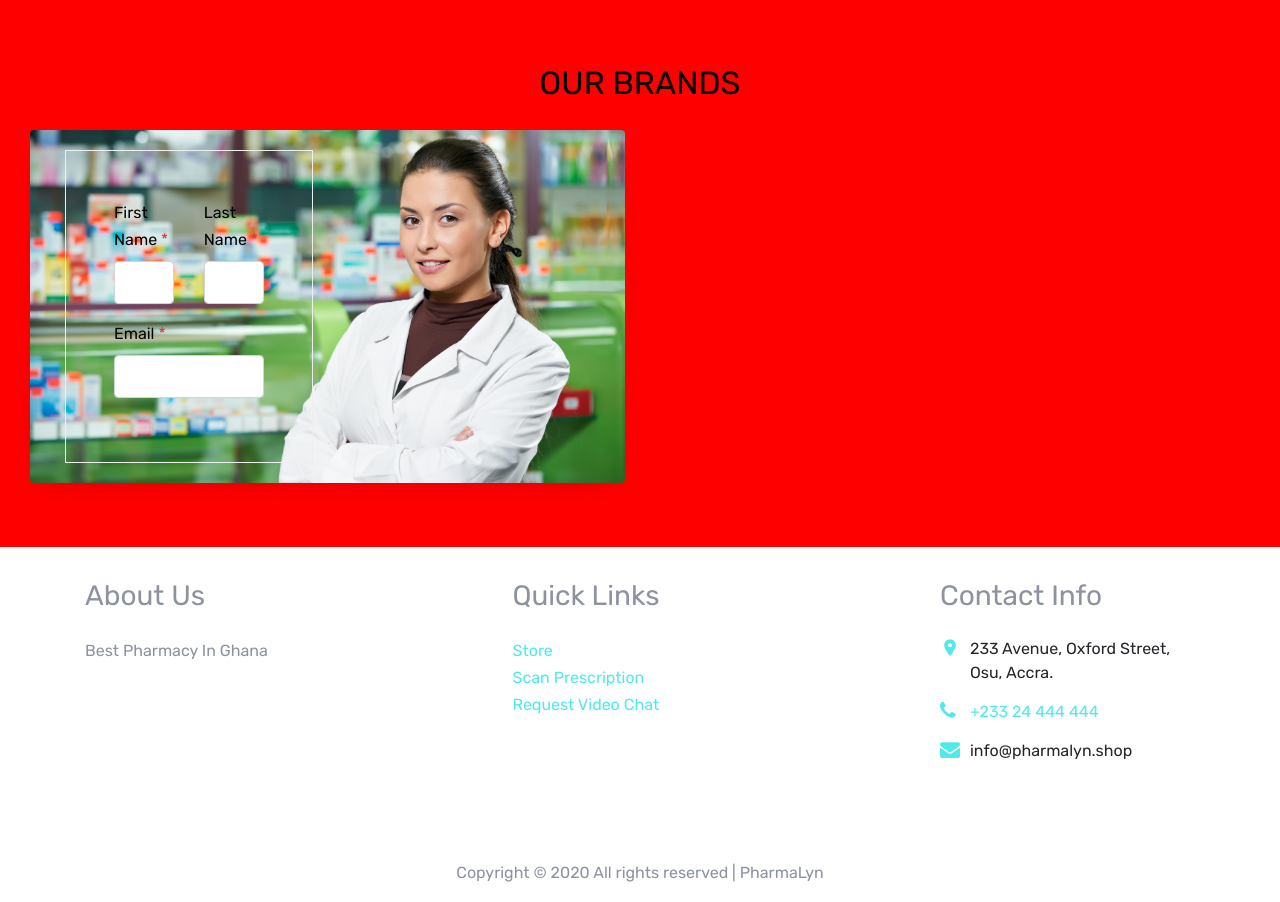
Repository: Nat-A/finalyearproject
Page: pharma/index - Copy.html
An editor plug-in stored every save of this project. The page is shown before and after the next save, followed by the edit.
The browser window is 1280 px wide. The pictures show the part of the page from y = 802 to 1704 px (the page is 1704 px tall).

Above is the page before, as saved 2020-06-03 12:48:17.

### pharma/index - Copy.html
<!DOCTYPE html>
<html lang="en">

<head>
    <title>PharmaLyn &mdash; HomePage</title>
    <meta charset="utf-8">
    <meta name="viewport" content="width=device-width, initial-scale=1, shrink-to-fit=no">

    <link href="https://fonts.googleapis.com/css?family=Rubik:400,700|Crimson+Text:400,400i" rel="stylesheet">
    <link rel="stylesheet" href="fonts/icomoon/style.css">

    <link rel="stylesheet" href="css/bootstrap.min.css">
    <link rel="stylesheet" href="css/magnific-popup.css">
    <link rel="stylesheet" href="css/jquery-ui.css">
    <link rel="stylesheet" href="css/owl.carousel.min.css">
    <link rel="stylesheet" href="css/owl.theme.default.min.css">


    <link rel="stylesheet" href="css/aos.css">

    <link rel="stylesheet" href="css/style.css">

</head>

<body>

    <div class="site-wrap">

        <!-- navbar  -->
        <div class="site-navbar py-2">

            <div class="search-wrap">
                <div class="container">
                    <a href="#" class="search-close js-search-close"><span class="icon-close2"></span></a>
                    <!-- search feature -->
                    <form action="#" method="post">
                        <input type="text" class="form-control" placeholder="Search drug...">
                    </form>
                </div>
            </div>

            <div class="container">
                <div class="d-flex align-items-center justify-content-between">
                    <div class="logo">
                        <div class="site-logo">
                            <a href="index.html" class="js-logo-clone">PharmaLyn</a>
                        </div>
                    </div>
                    <div class="main-nav d-none d-lg-block">
                        <nav class="site-navigation text-right text-md-center" role="navigation">
                            <ul class="site-menu js-clone-nav d-none d-lg-block">
                                <li class="active"><a href="index.html">Home</a></li>

                                <li class="has-children">
                                    <a href="#">Services</a>
                                    <ul class="dropdown">
                                        <li><a href="shop.html">Store</a></li>
                                        <li><a href="#">Scan Prescription</a></li>
                                        <li><a href="#">Request Video Chat</a></li>
                                    </ul>
                                </li>
                                <li><a href="contact.html">Contact</a></li>
                                <li><a href="about.html">About</a></li>
                                <li><a href="#">Log In / Sign Up  </a></li>
                                <!-- insert modal here -->
                            </ul>
                        </nav>
                    </div>
                    <div class="icons">
                        <a href="#" class="icons-btn d-inline-block js-search-open"><span class="icon-search"></span></a>
                        <a href="cart.html" class="icons-btn d-inline-block bag">
                            <span class="icon-shopping-bag"></span>
                            <!-- subject to the items in the cart -->
                            <span class="number">2</span>
                        </a>
                        <a href="#" class="site-menu-toggle js-menu-toggle ml-3 d-inline-block d-lg-none"><span
                class="icon-menu"></span></a>
                    </div>
                </div>
            </div>
        </div>
        <!-- end of navbar -->


        <!-- site banner -->
        <div class="site-blocks-cover" style="background-image: url('images/pills.jpg');">
            <div class="container">
                <div class="row">
                    <div class="col-lg-7 mx-auto order-lg-2 align-self-center">
                        <div class="site-block-cover-content text-center">
                            <h2 class="sub-title">PharmaLyn, We Care For You</h2>
                            <h1>Welcome To PharmaLyn</h1>
                            <p>
                                <a href="shop.html" class="btn btn-primary px-5 py-3">Shop Now</a>
                            </p>
                        </div>
                    </div>
                </div>
            </div>
        </div>
        <!-- end of banner -->


        <!-- brands -->
        <div class="jumbotron jumbotron-fluid" style="background: red">
            <div class="container col-lg-12 col-md-12 m-sm-auto">
                <div class="row">
                    <div class="title-section text-center col-12">
                        <h2 class="text-uppercase">Our Brands</h2>
                    </div>
                </div>

                <div class="col-lg-6 mb-5 mb-lg-0 ">
                    <a class="banner-1 h-100 d-flex " style="background-image: url( 'images/avatars/doctor4.jpg'); ">
                        <div class="banner-1-inner align-self-center ">

                            <div class="col-md-12">

                                <form action="#" method="post">

                                    <div class="p-3 p-lg-5 border">
                                        <div class="form-group row">
                                            <div class="col-md-6">
                                                <label for="c_fname" class="text-black">First Name <span class="text-danger">*</span></label>
                                                <input type="text" class="form-control" id="c_fname" name="c_fname">
                                            </div>
                                            <div class="col-md-6">
                                                <label for="c_lname" class="text-black">Last Name <span class="text-danger">*</span></label>
                                                <input type="text" class="form-control" id="c_lname" name="c_lname">
                                            </div>
                                        </div>
                                        <div class="form-group row">
                                            <div class="col-md-12">
                                                <label for="c_email" class="text-black">Email <span class="text-danger">*</span></label>
                                                <input type="email" class="form-control" id="c_email" name="c_email" placeholder="">
                                            </div>
                                        </div>




                                    </div>
                                </form>
                            </div>
                        </div>
                    </a>
                </div>








            </div>
        </div>
        <div class="container ">
            <div class="row ">
                <div class="col-md-6 col-lg-3 mb-4 mb-lg-0 ">

                    <div class="block-7 ">
                        <h3 class="footer-heading mb-4 ">About Us</h3>
                        <p>Best Pharmacy In Ghana</p>
                    </div>

                </div>
                <div class="col-lg-3 mx-auto mb-5 mb-lg-0 ">
                    <h3 class="footer-heading mb-4 ">Quick Links</h3>
                    <ul class="list-unstyled ">
                        <li><a href="shop.html ">Store</a></li>
                        <li><a href="# ">Scan Prescription</a></li>
                        <li><a href="# ">Request Video Chat</a></li>
                    </ul>
                </div>

                <div class="col-md-6 col-lg-3 ">
                    <div class="block-5 mb-5 ">
                        <h3 class="footer-heading mb-4 ">Contact Info</h3>
                        <ul class="list-unstyled ">
                            <li class="address ">233 Avenue, Oxford Street, Osu, Accra. </li>
                            <li class="phone "><a href="tel:// ">+233 24 444 444</a></li>
                            <li class="email ">info@pharmalyn.shop</li>
                        </ul>
                    </div>
                </div>
            </div>
            <div class="row pt-5 text-center ">
                <div class="col-md-12 ">
                    <p>
                        Copyright &copy;
                        <script>
                            document.write(new Date().getFullYear());
                        </script> All rights reserved | PharmaLyn
                    </p>
                </div>
            </div>
        </div>
        </footer>
        <!-- end of footer -->
    </div>

    <script src="js/jquery-3.3.1.min.js "></script>
    <script src="js/jquery-ui.js "></script>
    <script src="js/popper.min.js "></script>
    <script src="js/bootstrap.min.js "></script>
    <script src="js/owl.carousel.min.js "></script>
    <script src="js/jquery.magnific-popup.min.js "></script>
    <script src="js/aos.js "></script>

    <script src="js/main.js "></script>

</body>

</html>

Loaded but not shown: pharma/fonts/icomoon/style.css (common file); pharma/css/bootstrap.min.css (library); pharma/css/magnific-popup.css (library); pharma/css/jquery-ui.css (library); pharma/css/owl.carousel.min.css (common file); pharma/css/owl.theme.default.min.css (common file); pharma/css/aos.css (library); pharma/js/jquery-3.3.1.min.js (library); pharma/js/jquery-ui.js (library); pharma/js/popper.min.js (library); pharma/js/bootstrap.min.js (library); pharma/js/owl.carousel.min.js (library); pharma/js/jquery.magnific-popup.min.js (library); pharma/js/aos.js (library); pharma/js/main.js (219 lines, source omitted); pharma/css/style.css (1125 lines, source omitted)

After the next save:
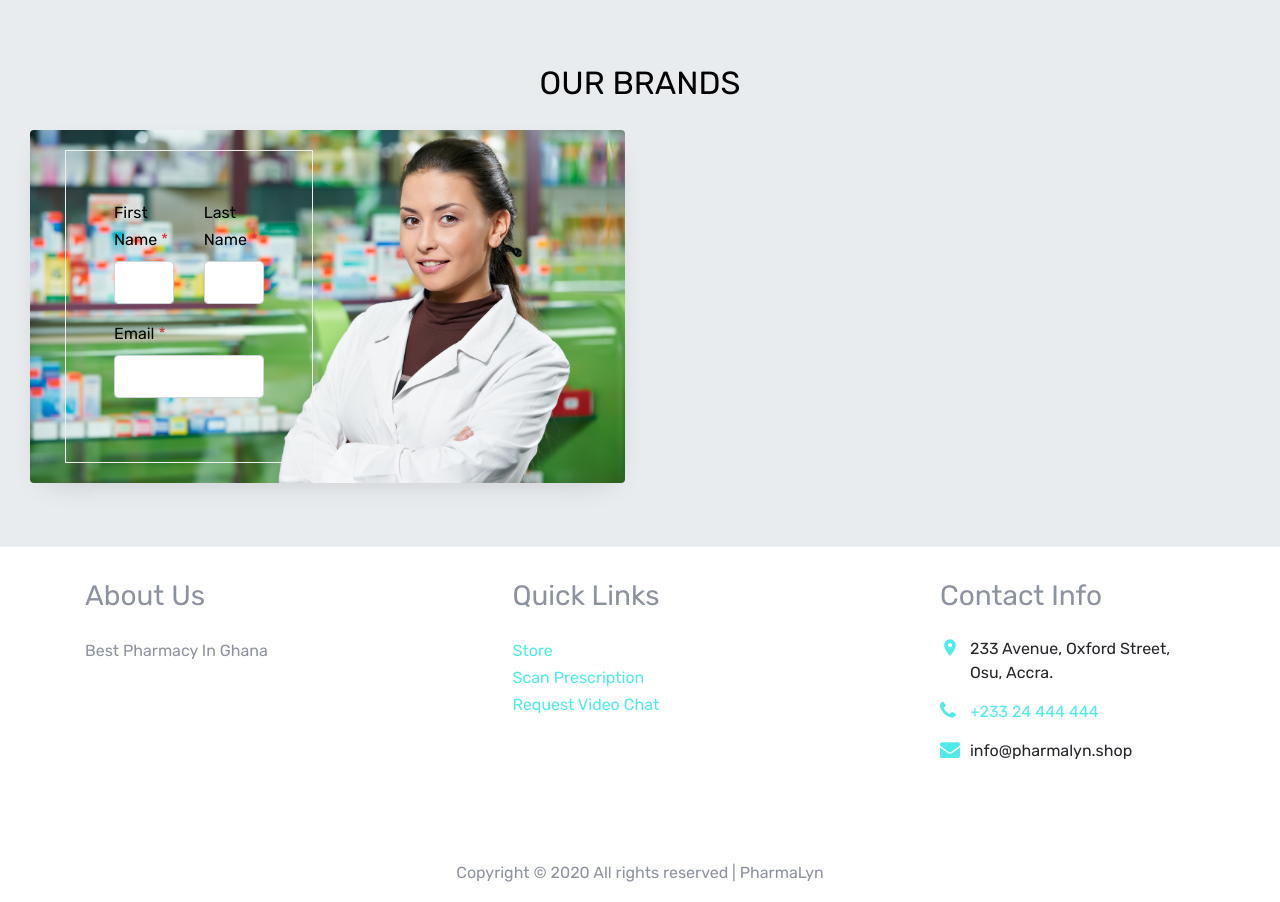
Saved 33 s later.
--- a/pharma/index - Copy.html
+++ b/pharma/index - Copy.html
@@ -102,7 +102,7 @@
 
 
         <!-- brands -->
-        <div class="jumbotron jumbotron-fluid" style="background: red">
+        <div class="jumbotron jumbotron-fluid" style="background: ">
             <div class="container col-lg-12 col-md-12 m-sm-auto">
                 <div class="row">
                     <div class="title-section text-center col-12">
